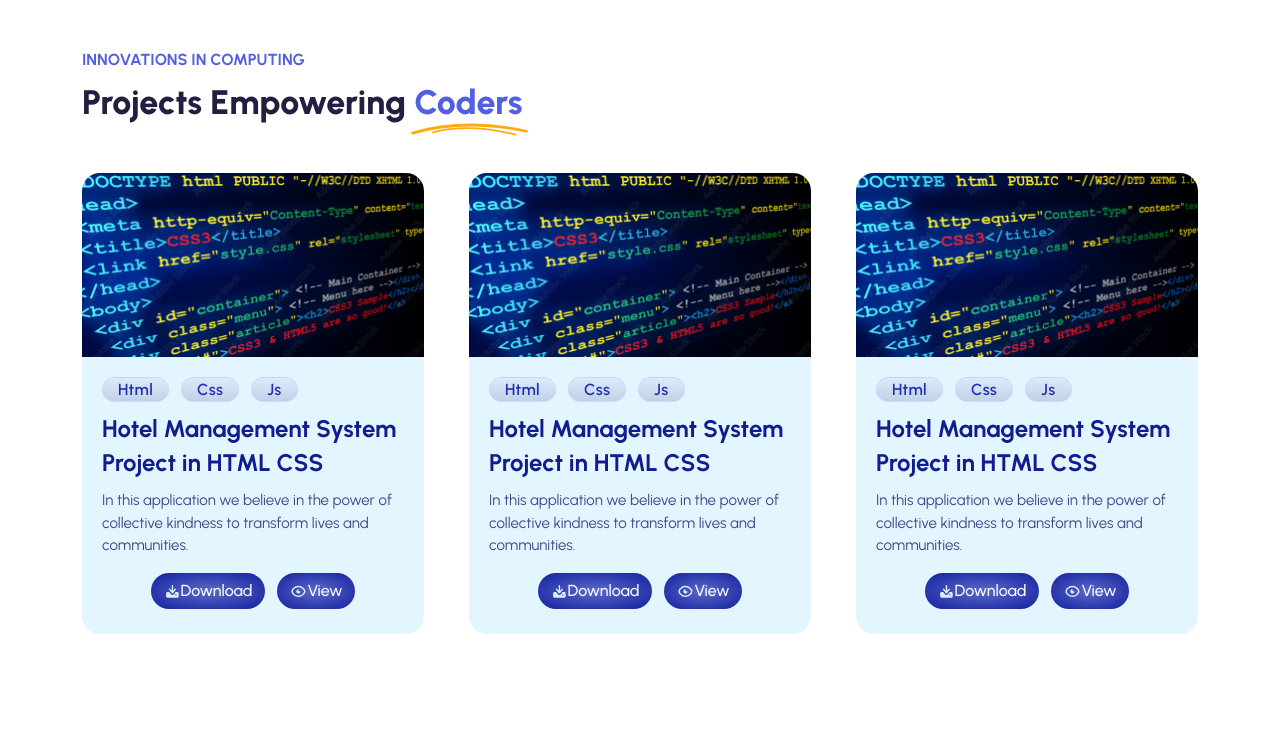
Repository: sharma171/jtccreativeideas
Page: /newsection (app in nextjssite/)
An editor plug-in stored every save of this project. The page is shown before and after the next save, followed by the edit.
The browser window is 1280 px wide. The pictures show the whole page.
The project was rebuilt for these pictures with package versions that can differ from the ones it lists, and the page was loaded fresh each time. The framework's server and built-in components were replaced by stand-ins that run in the browser. Also part of the build but not shown: nextjssite/next.config.mjs.

Above is the page before, as saved 2024-03-28 15:03:41.

After the next save:
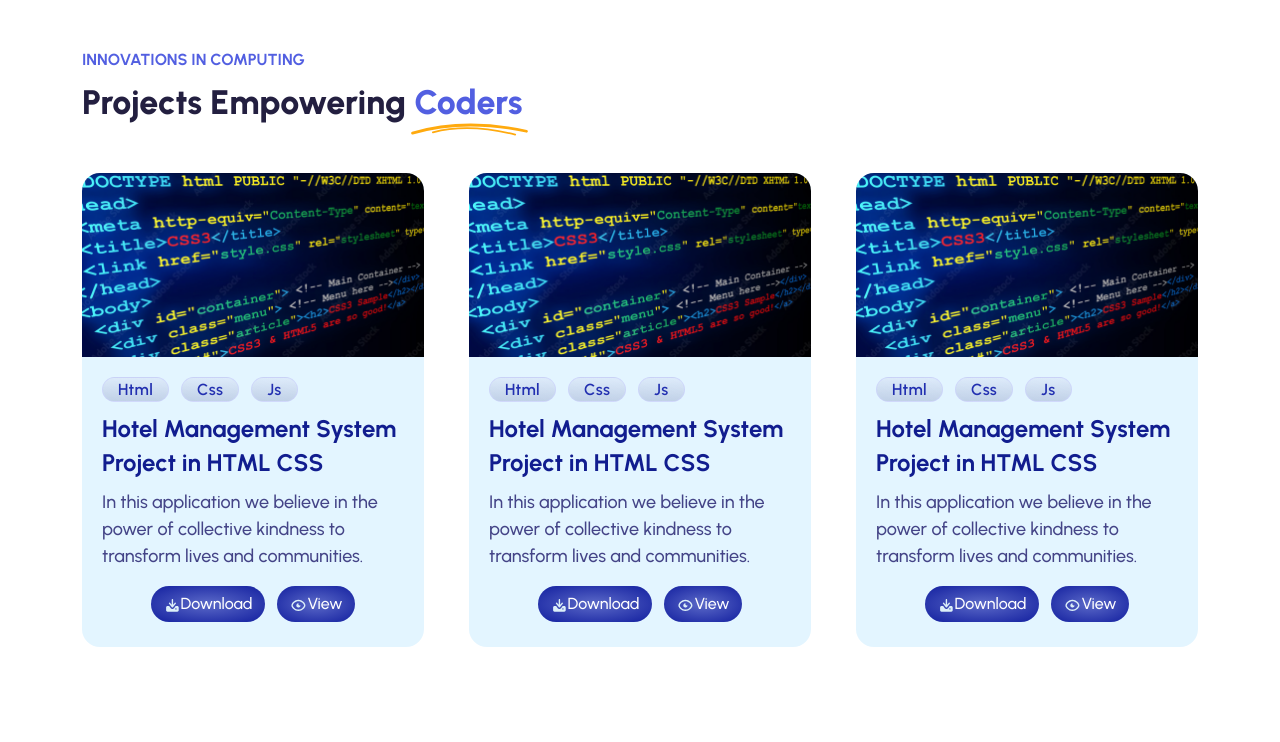
Saved 7 min 18 s later.
--- a/nextjssite/src/app/newsection/page.css
+++ b/nextjssite/src/app/newsection/page.css
@@ -95,9 +95,9 @@ section.projects {
     margin: 0;
 }
 .project-cards li .card-inner .info .cardpara {
-    font-size: 15px;
+    font-size: 18px;
     line-height: 1.5em;
-    font-weight: 400;
+    font-weight: 500;
     color: #444487;
     margin: 0 0 6px 0;
 }
